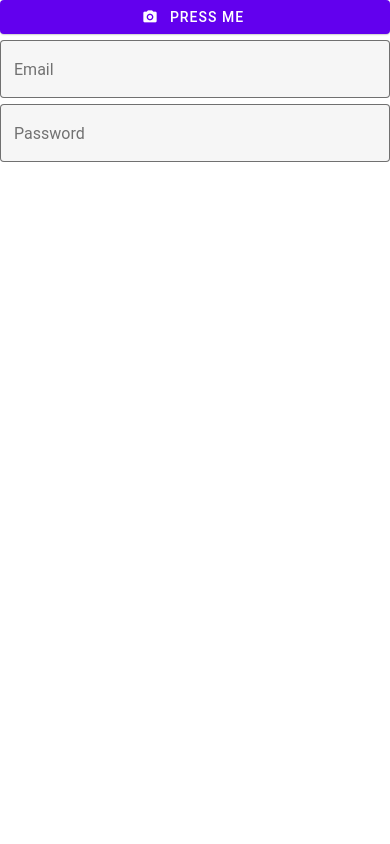
Repository: pascalgrim/GymTracker
Screen: /
An editor plug-in stored every save of this project. The screen is shown before and after a run of saves, followed by the edit.
The app was drawn by React Native's web renderer in a window 390 px wide. The project was rebuilt for these pictures with package versions that can differ from the ones it lists, and the page was loaded fresh each time. Also part of the build but not shown: components/menuCard.js, components/Dashboard.js, firebase.js, context/AuthContext.js.

Above is the screen before, as saved 2021-11-04 21:21:32.

### App.js
import { StatusBar } from "expo-status-bar";
import React from "react";
import {
  Button,
  StyleSheet,
  Text,
  View,
  TouchableOpacity,
  Image,
  SafeAreaView,
} from "react-native";
import MenuCard from "./components/menuCard";

// LOGOS
import mainLogo from "./imgs/mainLogo.png";
import SettingsIcon from "./imgs/mainSettings.png";

// ICONS FOR CARDS
import IconSessions from "./imgs/schreibe-brief.png";
import Dashboard from "./components/Dashboard";
import Signup from "./components/Signup";

export default function App() {
  return (
    <View >
      {/* <Dashboard/> */}
      <Signup/>

      <StatusBar style="auto" />
    </View>
  );
}

const styles = StyleSheet.create({
  container: {
    flex: 1,
    backgroundColor: "#131321",
    paddingLeft: 20,
    paddingRight: 20,
    paddingTop: 30,
    paddingBottom: 20,
  },
});

### components/Signup.js
import React from 'react'
import {Card, Button,TextInput} from 'react-native-paper';
import { View } from 'react-native';
import { useRef ,useState} from 'react'
import { Link,Route,BrowserRouter as Router,Routes } from 'react-router-dom';
// import Button from '@mui/material/Button';
import {useAuth} from "../context/AuthContext"

export default function Signup() {
    const emailRef = useRef()
    const passwordRef = useRef()
    const passwordConfirmRef = useRef()
    const signup = useAuth()
    const [error,setError] = useState("")
    const [loading,setLoading] = useState(false)

    async function handleSubmit(e){
        e.preventDefault()
        console.log((passwordRef.current.value).length)

        if (passwordRef.current.value !== passwordConfirmRef.current.value){
            return setError("Passwords do not match.")
        }
        else if ((passwordRef.current.value).length < 6){
            return setError("Passwords must have at least 6 characters.")
        }
        try{
            setError("")
            setLoading(true)
            await signup(emailRef.current.value,passwordRef.current.value)
            history.push("/")
        }catch{
            setError("Failed to create an Account.")
        }
        setLoading(false)


    }
    return (
        <View>
        <Button dark={true} icon="camera" mode="contained" onPress={() => console.log('Pressed')}>
    Press me
  </Button>
  <TextInput
      label="Email"
      mode="outlined"
    />
    <TextInput
      label="Password"
      mode="outlined"
    />

        </View>

    )
}

After the next 4 saves:
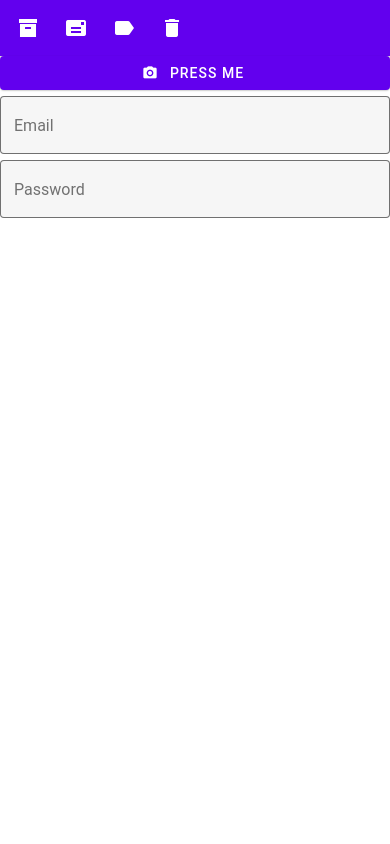
The 4 saves are shown as one change because 2 did not build or start and some came seconds apart.
The last was saved 2 min 47 s later.
--- a/components/Signup.js
+++ b/components/Signup.js
@@ -1,5 +1,5 @@
 import React from 'react'
-import {Card, Button,TextInput} from 'react-native-paper';
+import {Card, Button,TextInput,Appbar} from 'react-native-paper';
 import { View } from 'react-native';
 import { useRef ,useState} from 'react'
 import { Link,Route,BrowserRouter as Router,Routes } from 'react-router-dom';
@@ -38,6 +38,18 @@
     }
     return (
         <View>
+            <Appbar >
+   <Appbar.Action
+     icon="archive"
+     onPress={() => console.log('Pressed archive')}
+    />
+    <Appbar.Action icon="mail" onPress={() => console.log('Pressed mail')} />
+    <Appbar.Action icon="label" onPress={() => console.log('Pressed label')} />
+    <Appbar.Action
+      icon="delete"
+      onPress={() => console.log('Pressed delete')}
+    />
+  </Appbar>
         <Button dark={true} icon="camera" mode="contained" onPress={() => console.log('Pressed')}>
     Press me
   </Button>

After the save that followed:
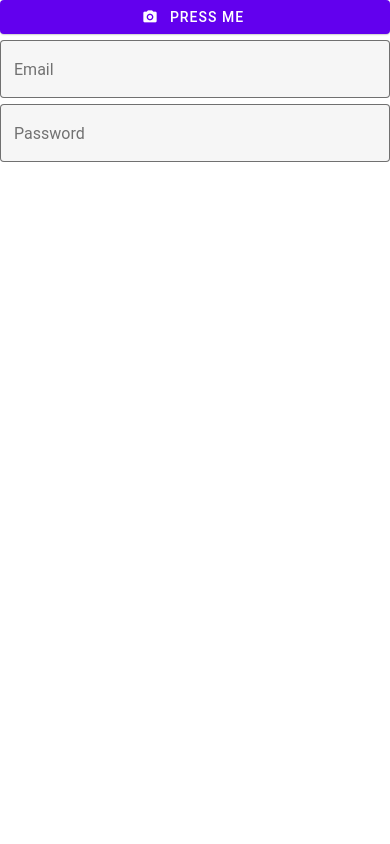
Saved 10 min 2 s later.
--- a/components/Signup.js
+++ b/components/Signup.js
@@ -38,18 +38,6 @@
     }
     return (
         <View>
-            <Appbar >
-   <Appbar.Action
-     icon="archive"
-     onPress={() => console.log('Pressed archive')}
-    />
-    <Appbar.Action icon="mail" onPress={() => console.log('Pressed mail')} />
-    <Appbar.Action icon="label" onPress={() => console.log('Pressed label')} />
-    <Appbar.Action
-      icon="delete"
-      onPress={() => console.log('Pressed delete')}
-    />
-  </Appbar>
         <Button dark={true} icon="camera" mode="contained" onPress={() => console.log('Pressed')}>
     Press me
   </Button>
